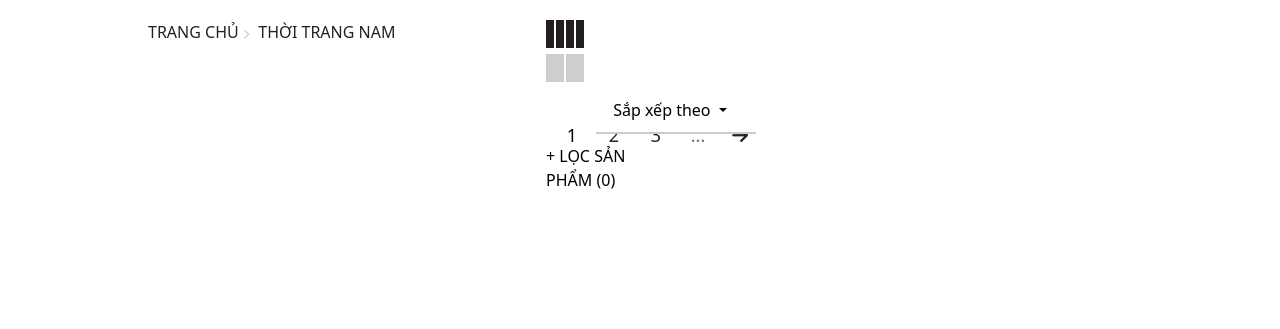
Repository: NguyenQuangQuan021099/FE_Page-Male
Page: index.html
The author's editor kept a copy of each file at every save. The page is drawn from the files as they stood at one save, then again after the next save.
The browser window is 1280 px wide. The pictures show the whole page.
The page's requests for data from a server got no answer. Some web libraries are served in a nearby version.

Above is the page before, as saved 2021-07-09 08:37:46.

After the next save:
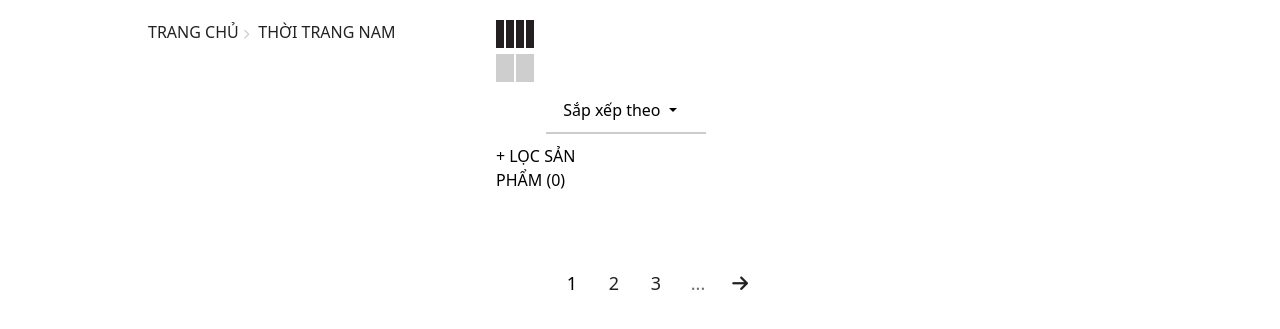
Saved 11 min 53 s later.
--- a/style.css
+++ b/style.css
@@ -306,9 +306,7 @@ li .renderItems .sub__div a:hover .sub__content{
 
     .sub__category__product__action{
 
-        position: absolute;
-        right: -50px;
-    }
-
-
-}
+    }
+
+
+}
